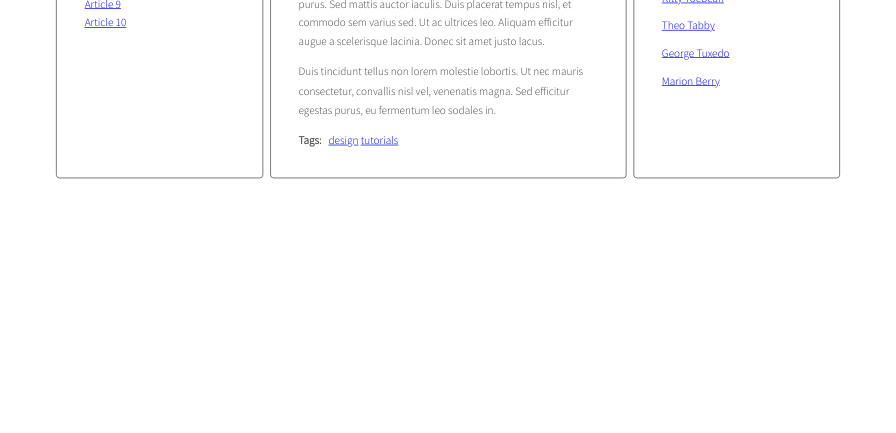
Repository: ulasup/javascript-blog
Page: index.html
An editor plug-in stored every save of this project. The page is shown before and after the next save, followed by the edit.
The browser window is 1280 px wide. The pictures show the part of the page from y = 584 to 2504 px (the page is 1203 px tall before and 5282 px after), at 70% of full size.
The style sheet was rebuilt from its Sass, Less or Tailwind sources for each picture, by a compiler version that may differ from the author's.

Above is the page before, as saved 2020-12-13 16:05:19.

After the next save:
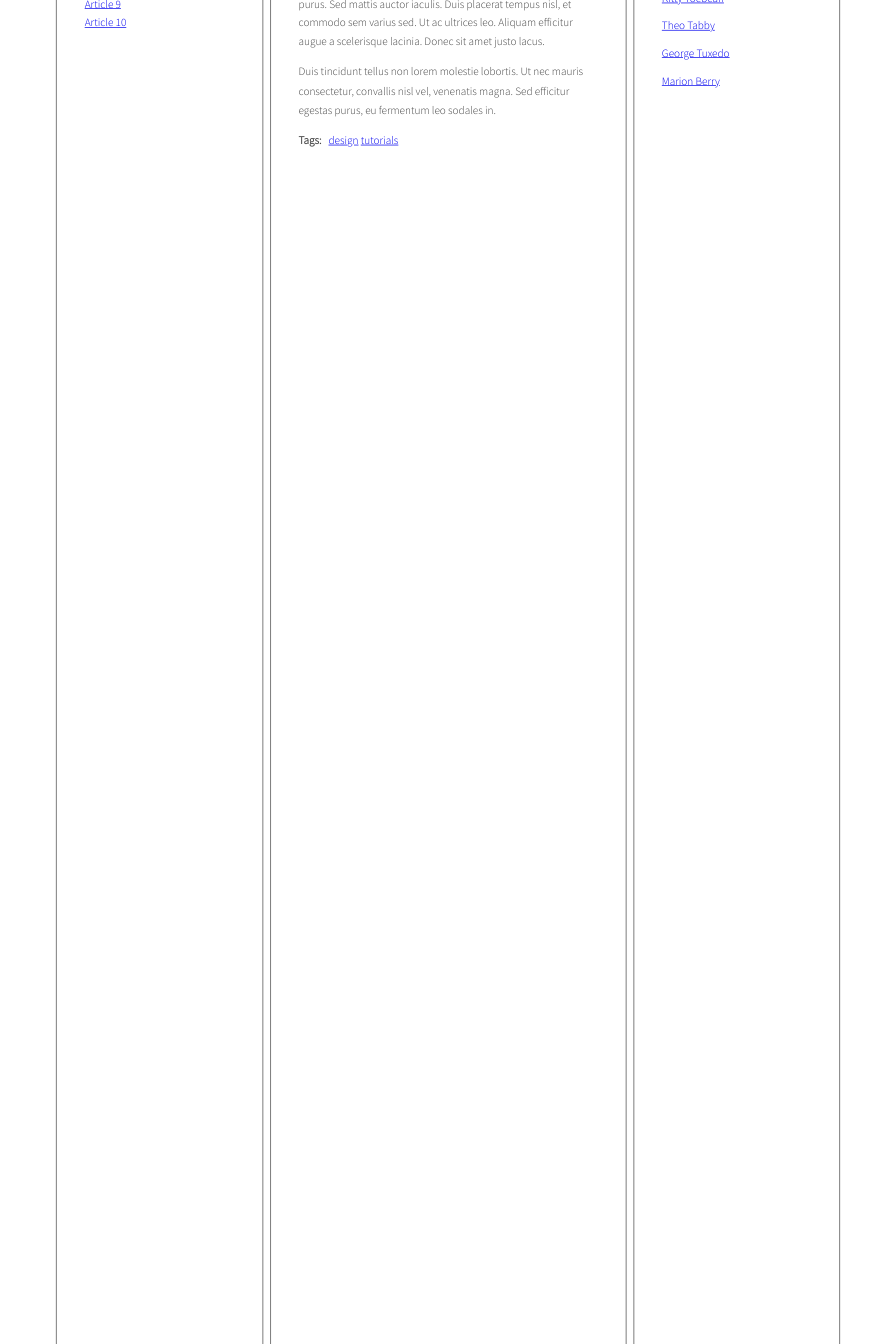
Saved 16 s later.
--- a/sass/style.scss
+++ b/sass/style.scss
@@ -103,12 +103,10 @@ body {
 
 .post {
   z-index: 1;
-  position: absolute;
   display: block;
   opacity: 0;
   transition: opacity 1s;
   &.active {
-    position: relative;
     display: block;
     z-index: 2;
     opacity: 1;
